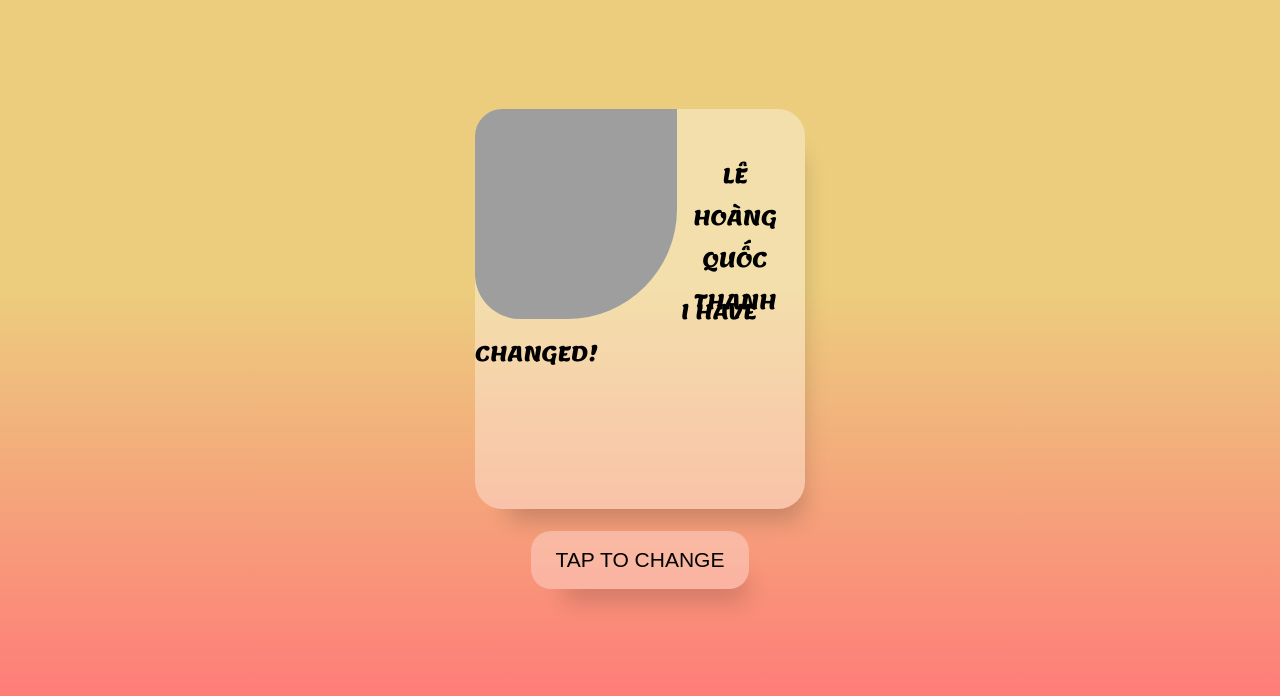
Repository: ThanhThn/profile
Page: index.html
The author's editor kept a copy of each file at every save. The page is drawn from the files as they stood at one save, then again after the next save.
The browser window is 1280 px wide. The pictures show the whole page.
Pictures or frames that could not be fetched are drawn as grey boxes. Some web fonts or font styles are not loaded; a fallback is used.

Above is the page before, as saved 2022-12-05 19:48:01.

After the next save:
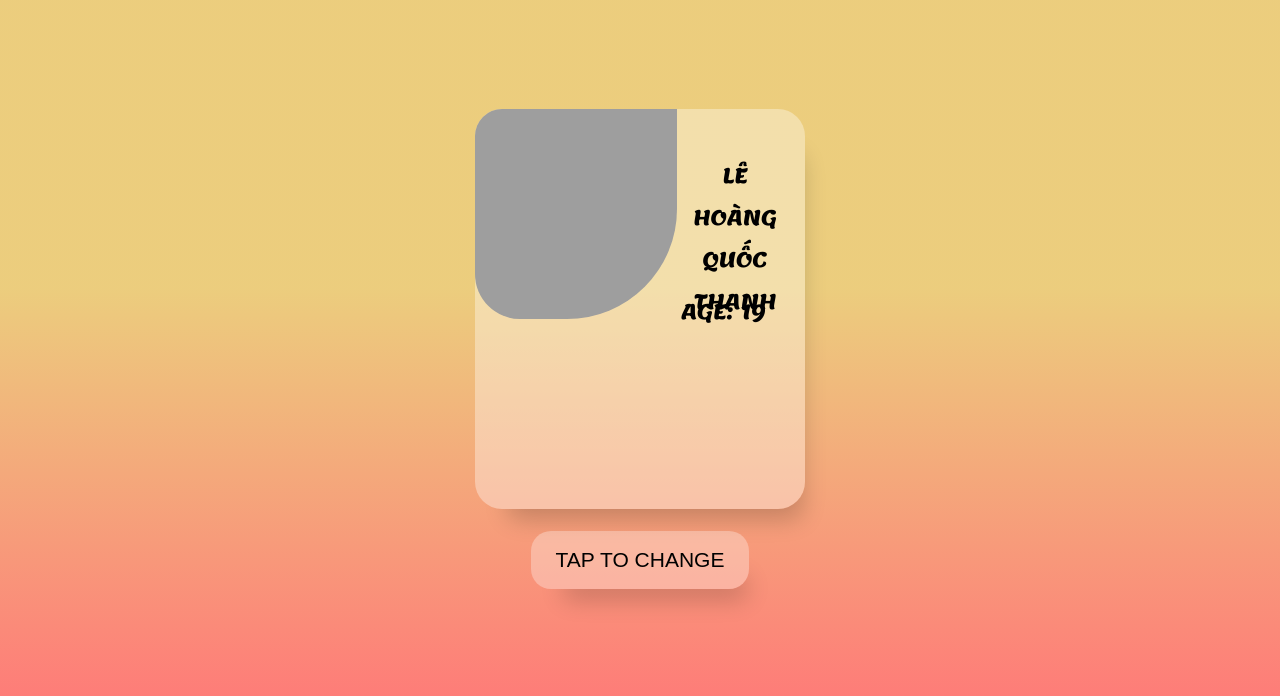
Saved 41 s later.
--- a/index.html
+++ b/index.html
@@ -21,7 +21,7 @@
         var ages = new Date().getFullYear() - 2003;
         console.log(ages);
         console.log(document.getElementsByClassName("age"))
-        document.getElementById("age").innerHTML = "I have changed!";
+        document.getElementById("age").innerHTML = `age: ${ages}`;
     </script>
 </body>
 </html>
